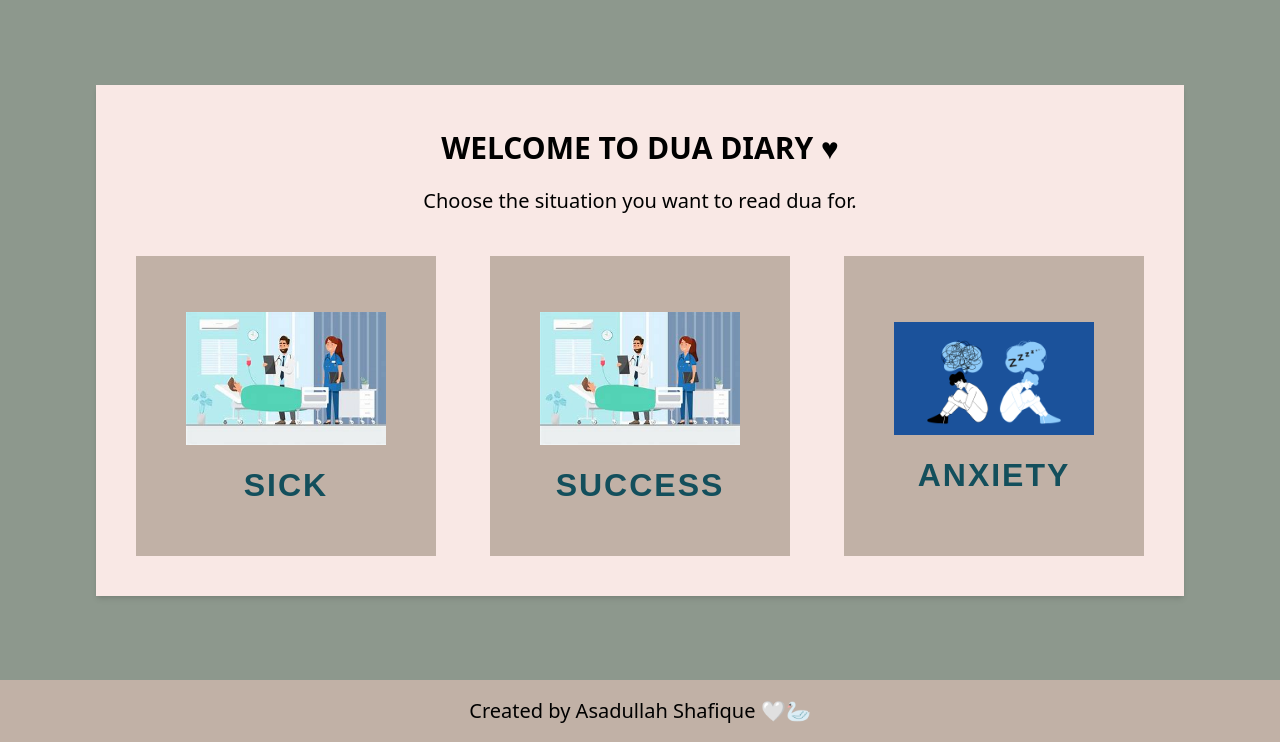
Repository: asadullah48/Duas_Diary
Page: /
The author's editor kept a copy of each file at every save. The page is drawn from the files as they stood at one save, then again after a run of saves.
The browser window is 1280 px wide. The pictures show the whole page.
The project was rebuilt for these pictures with package versions that can differ from the ones it lists, and the page was loaded fresh each time. The framework's server and built-in components were replaced by stand-ins that run in the browser. Also part of the build but not shown: next.config.ts.

Above is the page before, as saved 2024-11-30 09:47:12.

After the next 2 saves:
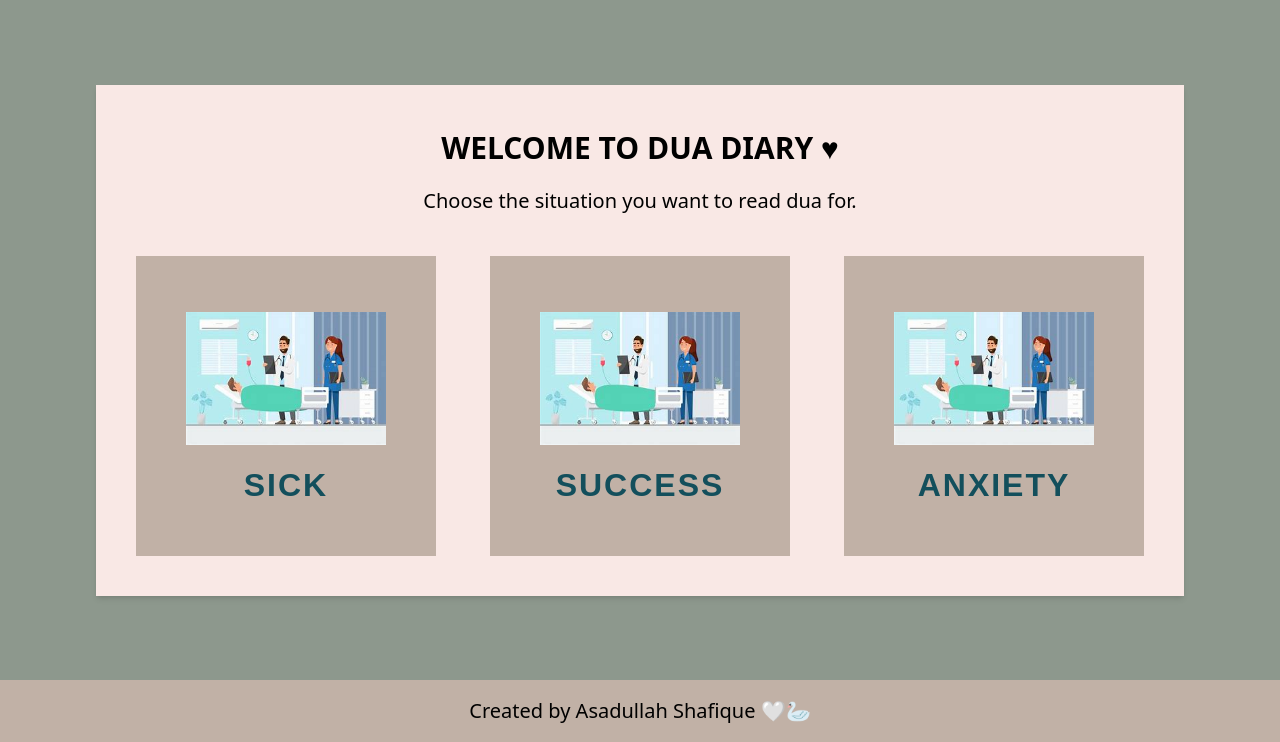
The 2 saves are shown as one change because they came seconds apart.
The last was saved 11 s later.
--- a/src/app/page.tsx
+++ b/src/app/page.tsx
@@ -2,7 +2,7 @@ import Button from "@/components/button";
 import Image from "next/image";
 import sick from "../../public/images/sick.jpg";
 import success from "../../public/images/sick.jpg";
-import anxiety from "@/app/images/anxiety.jpg";
+import anxiety from "../../public/images/sick.jpg";
 import Link from "next/link";
 
 export default function Home() {
